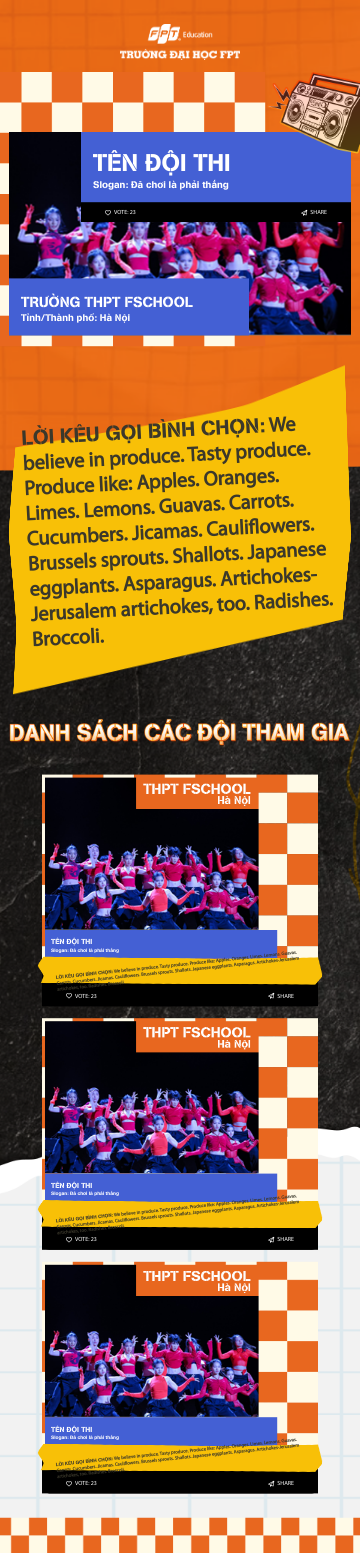
Repository: dinhtri123/hola_fpt
Page: detail.html
The author's editor kept a copy of each file at every save. The page is drawn from the files as they stood at one save, then again after the next save.
The browser window is 600 px wide. The pictures show the whole page, at 60% of full size.

Above is the page before, as saved 2025-01-04 23:11:18.

After the next save:
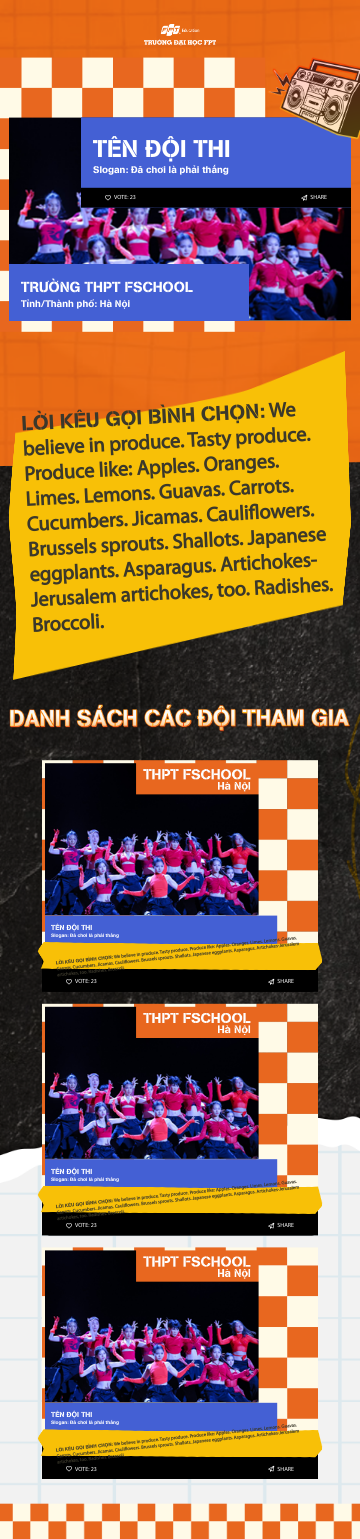
Saved 73 s later.
--- a/styles.css
+++ b/styles.css
@@ -649,4 +649,7 @@
   .footer-main {
     margin-top: 20px;
   }
-}
+  .detail-logo {
+    max-width: 120px;
+  }
+}
